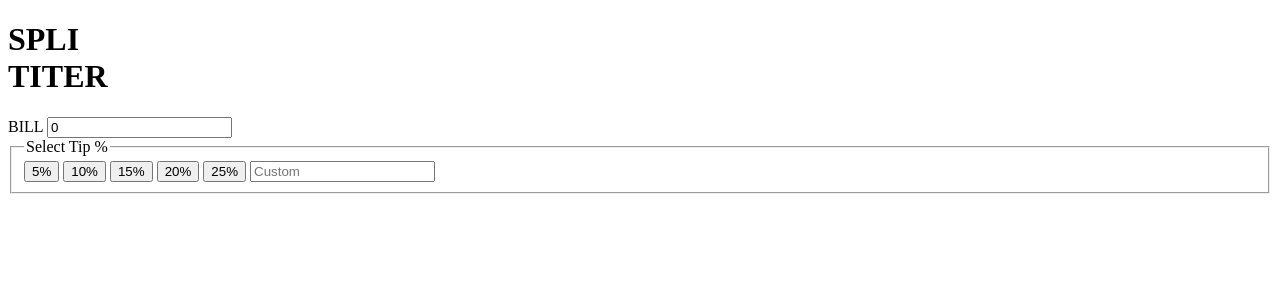
Repository: kellyjohanasalb/calduladora
Page: index.html
An editor plug-in stored every save of this project. The page is shown before and after a run of saves, followed by the edit.
The browser window is 1280 px wide. The pictures show the whole page.

Above is the page before, as saved 2023-08-15 21:16:32.

### index.html
<!DOCTYPE html>
<html lang="en">
<head>
    <meta charset="UTF-8">
    <meta name="viewport" content="width=, initial-scale=1.0">
    <title>Calculadora</title>
</head>
<body>
    <header class="header">
        <h1 class="header__title">SPLI <br> TITER</h1>
    </header>
    <section class="calculator-container">
        <div class="inputs-section">
            <label for="bill" class="inputs-section__bill-label">BILL</label>
            <input id="bill"  class="inputs-section__bill-input" type="nukber"  value="0">

            <fieldset clas="btns">
                <legend class="btns__legend">Select Tip %</legend>
                <button class="btns__button btns__button--selected">5%</button>
                <button class="btns__button">10%</button>
                <button class="btns__button">15%</button>
                <button class="btns__button">20%</button>
                <button class="btns__button">25%</button>
                <label for="Custom"></label>
                <input id="Custom"   type="number"  placeholder="Custom">
            </fieldset>
        </div>
        <div class="result-section">

        </div>
    </section>
</body>
</html>

After the next 2 saves:
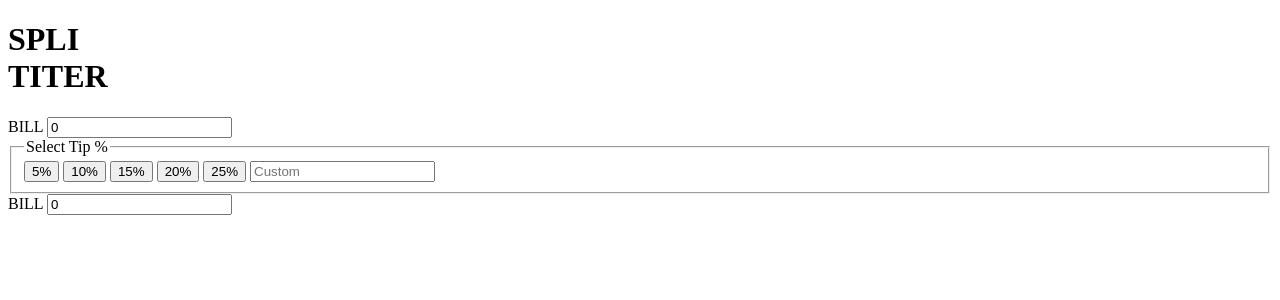
The 2 saves are shown as one change because they came seconds apart.
The last was saved 36 s later.
--- a/index.html
+++ b/index.html
@@ -24,6 +24,9 @@
                 <label for="Custom"></label>
                 <input id="Custom"   type="number"  placeholder="Custom">
             </fieldset>
+
+            <label for="bill" class="inputs-section__bill-label">BILL</label>
+            <input id="bill"  class="inputs-section__bill-input" type="nukber"  value="0">
         </div>
         <div class="result-section">
 
